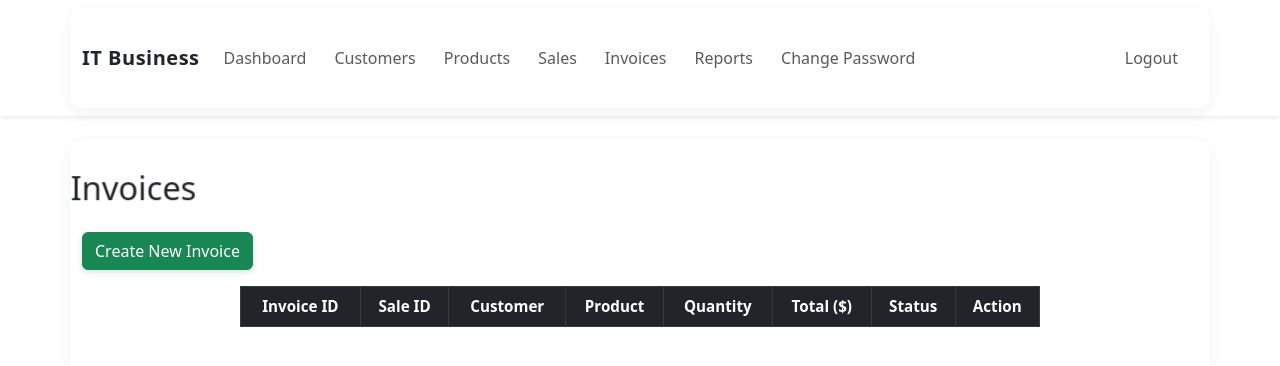
Repository: asmsaifulislam/it_business
Page: http://localhost/invoice
An editor plug-in stored every save of this project. The page is shown before and after the next save, followed by the edit.
The browser window is 1280 px wide. The pictures show the whole page.
The page is served by the project's application, run on Flask 3 (app.py). The session is filled in as if someone had signed in: {"user_id": 1}. Other server files are loaded and not shown. Queries for data that is not in the repository find no rows.

Above is the page before, as saved 2025-09-05 11:56:05.

### templates/invoice.html
{% extends 'base.html' %}

{% block content %}
<h2 class="mb-4">Invoices</h2>

<!-- Create Invoice Button -->
<a href="{{ url_for('create_invoice') }}" class="btn btn-success mb-3">Create New Invoice</a>

<table class="table table-bordered table-hover">
    <thead class="table-dark">
        <tr>
            <th>Invoice ID</th>
            <th>Sale ID</th>
            <th>Customer</th>
            <th>Product</th>
            <th>Quantity</th>
            <th>Total ($)</th>
            <th>Status</th>
            <th>Action</th>
        </tr>
    </thead>
    <tbody>
        {% for invoice in invoices %}
        <tr>
            <td>{{ invoice.id }}</td>
            <td>{{ invoice.sale.id }}</td>
            <td>{{ invoice.sale.customer.name }}</td>
            <td>{{ invoice.sale.product.name }}</td>
            <td>{{ invoice.sale.quantity }}</td>
            <td>${{ "%.2f"|format(invoice.sale.total) }}</td>
            <td>
                {% if invoice.status == 'Paid' %}
                    <span class="badge bg-success">Paid</span>
                {% else %}
                    <span class="badge bg-warning text-dark">Unpaid</span>
                {% endif %}
            </td>
            <td>
                {% if invoice.status != 'Paid' %}
                <form action="{{ url_for('generate_invoice', sale_id=invoice.sale.id) }}" method="post" style="display:inline;">
                    <button type="submit" class="btn btn-primary btn-sm">Generate Invoice</button>
                </form>
                {% else %}
                    <button class="btn btn-secondary btn-sm" disabled>Already Paid</button>
                {% endif %}
            </td>
        </tr>
        {% endfor %}
    </tbody>
</table>

{% endblock %}

### templates/base.html
<!DOCTYPE html>
<html lang="en">
<head>
    <meta charset="UTF-8">
    <title>IT Business Management Tool</title>
    <meta name="viewport" content="width=device-width, initial-scale=1">

    <!-- Custom Styles -->
    <link rel="stylesheet" href="{{ url_for('static', filename='style.css') }}">

    <!-- Bootstrap CSS -->
    <link href="https://cdn.jsdelivr.net/npm/bootstrap@5.3.0/dist/css/bootstrap.min.css" rel="stylesheet">
</head>
<body>
    <!-- Navbar -->
    <nav class="navbar navbar-expand-lg shadow-sm mb-4" style="background-color: #ffffff;">
        <div class="container">
            <a class="navbar-brand text-dark" href="{{ url_for('dashboard') }}">IT Business</a>
            <button class="navbar-toggler" type="button" data-bs-toggle="collapse" data-bs-target="#navbarNav">
                <span class="navbar-toggler-icon"></span>
            </button>
            <div class="collapse navbar-collapse justify-content-between" id="navbarNav">
                <ul class="navbar-nav">
                    <li class="nav-item"><a class="nav-link" href="{{ url_for('dashboard') }}">Dashboard</a></li>
                    <li class="nav-item"><a class="nav-link" href="{{ url_for('customers') }}">Customers</a></li>
                    <li class="nav-item"><a class="nav-link" href="{{ url_for('products') }}">Products</a></li>
                    <li class="nav-item"><a class="nav-link" href="{{ url_for('sales') }}">Sales</a></li>
                    <li class="nav-item"><a class="nav-link" href="{{ url_for('invoice') }}">Invoices</a></li>
                    <li class="nav-item"><a class="nav-link" href="{{ url_for('reports') }}">Reports</a></li>
                    <li class="nav-item"><a class="nav-link" href="{{ url_for('change_password') }}">Change Password</a></li>
                </ul>
                <ul class="navbar-nav">
                    {% if session.get('user_id') %}
                        <li class="nav-item"><a class="nav-link" href="{{ url_for('logout') }}">Logout</a></li>
                    {% else %}
                        <li class="nav-item"><a class="nav-link" href="{{ url_for('login') }}">Login</a></li>
                    {% endif %}
                </ul>
            </div>
        </div>
    </nav>

    <!-- Flash Messages -->
    <div class="container">
        {% with messages = get_flashed_messages() %}
            {% if messages %}
                <div class="alert alert-warning text-center fade-in">
                    {% for message in messages %}
                        <div>{{ message }}</div>
                    {% endfor %}
                </div>
            {% endif %}
        {% endwith %}

        <!-- Page Content -->
        {% block content %}{% endblock %}
    </div>

    <!-- Bootstrap JS -->
    <script src="https://cdn.jsdelivr.net/npm/bootstrap@5.3.0/dist/js/bootstrap.bundle.min.js"></script>
</body>
</html>

### app.py
# -------------------- Core Imports --------------------
import os
from flask import Flask, render_template, redirect, url_for, request, flash, session
from flask_sqlalchemy import SQLAlchemy
from flask_migrate import Migrate
from werkzeug.security import generate_password_hash, check_password_hash
from dotenv import load_dotenv

# -------------------- Load Environment Variables --------------------
load_dotenv()

# -------------------- Config --------------------
class Config:
    SQLALCHEMY_DATABASE_URI = os.getenv('DATABASE_URL', 'sqlite:///site.db')
    SECRET_KEY = os.getenv('SECRET_KEY', 'fallback_secret')
    SQLALCHEMY_TRACK_MODIFICATIONS = False

# -------------------- App Initialization --------------------
app = Flask(__name__)
app.config.from_object(Config)

# -------------------- Database --------------------
db = SQLAlchemy(app)
migrate = Migrate(app, db)

# -------------------- Models --------------------
class User(db.Model):
    id = db.Column(db.Integer, primary_key=True)
    username = db.Column(db.String(120), unique=True, nullable=False)
    password = db.Column(db.String(512), nullable=False)

class Customer(db.Model):
    id = db.Column(db.Integer, primary_key=True)
    name = db.Column(db.String(120), nullable=False)
    email = db.Column(db.String(120), nullable=True)

class Product(db.Model):
    id = db.Column(db.Integer, primary_key=True)
    name = db.Column(db.String(120), nullable=False)
    price = db.Column(db.Float, nullable=False)
    stock = db.Column(db.Integer, default=0)

class Sale(db.Model):
    id = db.Column(db.Integer, primary_key=True)
    customer_id = db.Column(db.Integer, db.ForeignKey('customer.id'), nullable=False)
    product_id = db.Column(db.Integer, db.ForeignKey('product.id'), nullable=False)
    quantity = db.Column(db.Integer, nullable=False)
    total = db.Column(db.Float, nullable=False)

class Invoice(db.Model):
    id = db.Column(db.Integer, primary_key=True)
    sale_id = db.Column(db.Integer, db.ForeignKey('sale.id'), nullable=False)
    status = db.Column(db.String(20), default='Unpaid')

# -------------------- One-Time Admin Creation --------------------
with app.app_context():
    db.create_all()
    if not User.query.filter_by(username='admin').first():
        admin = User(username='admin', password=generate_password_hash('admin123'))
        db.session.add(admin)
        db.session.commit()

# -------------------- Form Imports --------------------
from forms import (
    LoginForm,
    ChangePasswordForm,
    UpdateAccountForm,
    CustomerForm,
    ProductForm,
    SaleForm,
    InvoiceForm
)

# -------------------- One-Time Admin Creation --------------------
with app.app_context():
    db.create_all()
    if not User.query.filter_by(username='admin').first():
        admin = User(username='admin', password=generate_password_hash('admin123'))
        db.session.add(admin)
        db.session.commit()

# -------------------- Auth --------------------
@app.route('/login', methods=['GET', 'POST'])
def login():
    form = LoginForm()
    if form.validate_on_submit():
        user = User.query.filter_by(username=form.username.data).first()
        if user and check_password_hash(user.password, form.password.data):
            session['user_id'] = user.id
            return redirect(url_for('dashboard'))
        else:
            flash('Invalid credentials')
    return render_template('login.html', form=form)

@app.route('/logout')
def logout():
    session.pop('user_id', None)
    return redirect(url_for('login'))

# -------------------- Change Password --------------------
@app.route('/change-password', methods=['GET', 'POST'])
def change_password():
    if 'user_id' not in session:
        return redirect(url_for('login'))

    form = ChangePasswordForm()
    user = User.query.get(session['user_id'])

    if form.validate_on_submit():
        if not check_password_hash(user.password, form.current_password.data):
            flash('Current password is incorrect')
        else:
            user.password = generate_password_hash(form.new_password.data)
            db.session.commit()
            flash('Password updated successfully')
            return redirect(url_for('dashboard'))

    return render_template('change_password.html', form=form)

# -------------------- Update Account --------------------
@app.route('/update-account', methods=['GET', 'POST'])
def update_account():
    if 'user_id' not in session:
        return redirect(url_for('login'))

    form = UpdateAccountForm()
    user = User.query.get(session['user_id'])

    if form.validate_on_submit():
        if not check_password_hash(user.password, form.current_password.data):
            flash('Current password is incorrect')
        else:
            user.username = form.username.data
            user.password = generate_password_hash(form.new_password.data)
            db.session.commit()
            flash('Account updated successfully')
            return redirect(url_for('dashboard'))

    return render_template('update_account.html', form=form)

# -------------------- Add Product --------------------
@app.route('/add-product', methods=['GET', 'POST'])
def add_product():
    if 'user_id' not in session:
        return redirect(url_for('login'))

    form = ProductForm()
    if form.validate_on_submit():
        try:
            new_product = Product(name=form.name.data, price=form.price.data)
            db.session.add(new_product)
            db.session.commit()
            flash('✅ Product added successfully', 'success')
            return redirect(url_for('products'))
        except Exception as e:
            db.session.rollback()
            flash(f'❌ Error adding product: {str(e)}', 'danger')

    return render_template('add_product.html', form=form)

# -------------------- Record Sale --------------------
@app.route('/record-sale', methods=['GET', 'POST'])
def record_sale():
    if 'user_id' not in session:
        return redirect(url_for('login'))

    form = SaleForm()
    form.customer_id.choices = [(c.id, c.name) for c in Customer.query.all()]
    form.product_id.choices = [(p.id, p.name) for p in Product.query.all()]

    if form.validate_on_submit():
        product = Product.query.get(form.product_id.data)
        total = product.price * form.quantity.data
        new_sale = Sale(
            customer_id=form.customer_id.data,
            product_id=form.product_id.data,
            quantity=form.quantity.data,
            total=total
        )
        db.session.add(new_sale)
        db.session.commit()
        flash('Sale recorded successfully')
        return redirect(url_for('sales'))

    return render_template('record_sale.html', form=form)
#------------------sales report-----------------------
@app.route('/sales-report')
def sales_report():
    # Fetch and render sales data
    return render_template('sales_report.html')


# -------------------- Create Invoice (Manual Form) --------------------
@app.route('/create-invoice', methods=['GET', 'POST'])
def create_invoice():
    if 'user_id' not in session:
        return redirect(url_for('login'))

    form = InvoiceForm()
    form.sale_id.choices = [(sale.id, f"Sale #{sale.id} - {sale.customer.name}") for sale in Sale.query.all()]

    if form.validate_on_submit():
        sale = Sale.query.get_or_404(form.sale_id.data)
        existing_invoice = Invoice.query.filter_by(sale_id=sale.id).first()
        if existing_invoice:
            flash('Invoice already exists for this sale.', 'warning')
        else:
            new_invoice = Invoice(sale_id=sale.id, status=form.status.data)
            db.session.add(new_invoice)
            db.session.commit()
            flash('Invoice created successfully.', 'success')
        return redirect(url_for('invoice'))

    return render_template('create_invoice.html', form=form)

# -------------------- Generate Invoice (Auto from Sale) --------------------
@app.route('/generate-invoice/<int:sale_id>', methods=['POST'])
def generate_invoice(sale_id):
    if 'user_id' not in session:
        return redirect(url_for('login'))

    sale = Sale.query.get_or_404(sale_id)
    existing_invoice = Invoice.query.filter_by(sale_id=sale.id).first()
    if existing_invoice:
        flash('Invoice already exists for this sale.', 'warning')
    else:
        new_invoice = Invoice(sale_id=sale.id, status='Unpaid')
        db.session.add(new_invoice)
        db.session.commit()
        flash('Invoice generated successfully.', 'success')

    return redirect(url_for('invoice'))

# -------------------- Mark Invoice as Paid --------------------
@app.route('/mark-paid/<int:invoice_id>', methods=['POST'])
def mark_paid(invoice_id):
    if 'user_id' not in session:
        return redirect(url_for('login'))

    invoice = Invoice.query.get_or_404(invoice_id)
    invoice.status = 'Paid'
    db.session.commit()
    flash('Invoice marked as paid.', 'success')
    return redirect(url_for('invoice'))

# -------------------- Dashboard --------------------
@app.route('/')
def dashboard():
    if 'user_id' not in session:
        return redirect(url_for('login'))
    stats = {
        'customers': Customer.query.count(),
        'products': Product.query.count(),
        'sales': Sale.query.count(),
        'invoices': Invoice.query.count()
    }
    return render_template('dashboard.html', stats=stats)

# -------------------- Customers --------------------
@app.route('/customers')
def customers():
    if 'user_id' not in session:
        return redirect(url_for('login'))
    all_customers = Customer.query.all()
    return render_template('customers.html', customers=all_customers)

@app.route('/add-customer', methods=['GET', 'POST'])
def add_customer():
    if 'user_id' not in session:
        return redirect(url_for('login'))

    form = CustomerForm()
    if form.validate_on_submit():
        new_customer = Customer(name=form.name.data, email=form.email.data)
        db.session.add(new_customer)
        db.session.commit()
        flash('Customer added successfully')
        return redirect(url_for('customers'))

    return render_template('add_customer.html', form=form)

# -------------------- Products --------------------
@app.route('/products')
def products():
    if 'user_id' not in session:
        return redirect(url_for('login'))
    all_products = Product.query.all()
    return render_template('products.html', products=all_products)

# -------------------- Sales --------------------
@app.route('/sales')
def sales():
    if 'user_id' not in session:
        return redirect(url_for('login'))
    all_sales = Sale.query.all()
    return render_template('sales.html', sales=all_sales)

# -------------------- Invoices --------------------
@app.route('/invoice')
def invoice():
    if 'user_id' not in session:
        return redirect(url_for('login'))
    all_invoices = Invoice.query.all()
    return render_template('invoice.html', invoices=all_invoices)

# -------------------- Reports --------------------
@app.route('/reports')
def reports():
    if 'user_id' not in session:
        return redirect(url_for('login'))
    return render_template('reports.html')
# -------------------- Sales Report --------------------
@app.route('/sales-report')
def sales_report_view():
    if 'user_id' not in session:
        return redirect(url_for('login'))
    total_sales = Sale.query.count()
    total_revenue = db.session.query(db.func.sum(Sale.total)).scalar() or 0
    top_product = db.session.query(Product.name, db.func.sum(Sale.quantity))\
        .join(Sale, Product.id == Sale.product_id)\
        .group_by(Product.name)\
        .order_by(db.func.sum(Sale.quantity).desc())\
        .first()
    return render_template('sales_report.html',
                           total_sales=total_sales,
                           total_revenue=total_revenue,
                           top_product=top_product[0] if top_product else "N/A")

# -------------------- Customer Report --------------------
@app.route('/customer-report')
def customer_report():
    if 'user_id' not in session:
        return redirect(url_for('login'))

    total_customers = Customer.query.count()
    recent_customers = Customer.query.order_by(Customer.id.desc()).limit(5).all()

    return render_template('customer_report.html',
                           total_customers=total_customers,
                           recent_customers=recent_customers)

# -------------------- Product Report --------------------
@app.route('/product-report')
def product_report():
    if 'user_id' not in session:
        return redirect(url_for('login'))

    total_products = Product.query.count()
    low_stock = Product.query.filter(Product.stock < 10).all()

    return render_template('product_report.html',
                           total_products=total_products,
                           low_stock=low_stock)

# -------------------- Invoice Report --------------------
@app.route('/invoice-report')
def invoice_report():
    if 'user_id' not in session:
        return redirect(url_for('login'))

    total_invoices = Invoice.query.count()
    paid = Invoice.query.filter_by(status='Paid').count()
    unpaid = Invoice.query.filter_by(status='Unpaid').count()
    overdue = Invoice.query.filter_by(status='Overdue').count()

    return render_template('invoice_report.html',
                           total_invoices=total_invoices,
                           paid=paid,
                           unpaid=unpaid,
                           overdue=overdue)


# -------------------- Run --------------------
if __name__ == '__main__':
    app.run(debug=True)

### static/style.css
/* Base Reset */
body {
    margin: 0;
    padding: 0;
    font-family: 'Segoe UI', Tahoma, Geneva, Verdana, sans-serif;
    background-color: #f4f6f9;
    color: #212529;
    text-align: center;
}

/* Navbar */
nav.navbar {
    background-color: #ffffff;
    box-shadow: 0 2px 4px rgba(0, 0, 0, 0.1);
    transition: box-shadow 0.3s ease;
}

nav.navbar:hover {
    box-shadow: 0 4px 12px rgba(0, 0, 0, 0.15);
}

.navbar-brand {
    font-weight: bold;
    font-size: 1.5rem;
    letter-spacing: 0.5px;
    color: #2c3e50;
}

.nav-link {
    font-size: 1rem;
    margin-right: 12px;
    position: relative;
    color: #2c3e50;
    transition: color 0.3s ease;
}

.nav-link::after {
    content: '';
    position: absolute;
    left: 0;
    bottom: -4px;
    width: 0%;
    height: 2px;
    background-color: #198754;
    transition: width 0.3s ease;
}

.nav-link:hover {
    color: #198754;
}

.nav-link:hover::after {
    width: 100%;
}

/* Container */
.container {
    padding: 30px 20px;
    max-width: 960px;
    margin: 0 auto;
    background-color: #ffffff;
    border-radius: 12px;
    box-shadow: 0 4px 20px rgba(0, 0, 0, 0.05);
    transform-style: preserve-3d;
    perspective: 1000px;
    animation: fadeInUp 0.6s ease forwards;
}

/* Headings */
h2 {
    font-weight: 600;
    color: #2c3e50;
    margin-bottom: 30px;
    transform: translateZ(20px);
}

/* Tables */
table {
    font-size: 0.95rem;
    margin: 0 auto;
    width: 100%;
    max-width: 800px;
    border-collapse: collapse;
    transition: transform 0.3s ease;
}

.table th {
    background-color: #2c3e50;
    color: white;
    text-align: center;
    padding: 12px;
}

.table td {
    vertical-align: middle;
    text-align: center;
    padding: 10px;
    background-color: #ffffff;
}

.table tbody tr {
    transition: background-color 0.3s ease, transform 0.3s ease;
}

.table tbody tr:hover {
    background-color: #f0f8ff;
    transform: scale(1.01) translateZ(10px);
}

/* Buttons */
.btn {
    font-weight: 500;
    padding: 10px 18px;
    border-radius: 6px;
    font-size: 0.95rem;
    background-color: #198754;
    color: white;
    transition: all 0.3s ease;
    box-shadow: 0 2px 6px rgba(25, 135, 84, 0.2);
}

.btn:hover {
    transform: translateY(-2px) scale(1.05);
    box-shadow: 0 6px 16px rgba(25, 135, 84, 0.3);
    background-color: #157347;
}

/* Cards */
.card {
    box-shadow: 0 2px 8px rgba(0, 0, 0, 0.08);
    border: none;
    text-align: center;
    border-radius: 8px;
    transition: transform 0.3s ease, box-shadow 0.3s ease;
}

.card:hover {
    transform: rotateX(3deg) rotateY(3deg);
    box-shadow: 0 6px 16px rgba(0, 0, 0, 0.1);
}

.card-header {
    font-weight: 600;
    font-size: 1.1rem;
}

/* Alerts */
.alert {
    font-size: 0.9rem;
    max-width: 600px;
    margin: 0 auto 20px;
    animation: fadeInUp 0.5s ease forwards;
}

/* Forms */
form {
    max-width: 500px;
    margin: 0 auto;
    text-align: left;
    background-color: #ffffff;
    padding: 30px;
    border-radius: 8px;
    box-shadow: 0 0 10px rgba(0, 0, 0, 0.05);
    animation: fadeInUp 0.6s ease forwards;
}

.form-label {
    font-weight: 500;
    margin-bottom: 6px;
}

.form-control {
    border-radius: 4px;
    font-size: 0.95rem;
    padding: 10px;
    margin-bottom: 15px;
    transition: box-shadow 0.3s ease;
}

.form-control:focus {
    box-shadow: 0 0 8px rgba(25, 135, 84, 0.3);
    border-color: #198754;
}

/* Badges */
.badge {
    font-size: 0.85rem;
    padding: 6px 10px;
    border-radius: 4px;
}

/* Animations */
@keyframes fadeInUp {
    from {
        opacity: 0;
        transform: translateY(20px);
    }
    to {
        opacity: 1;
        transform: translateY(0);
    }
}

/* Responsive Enhancements */
@media (max-width: 768px) {
    .container {
        padding: 20px 10px;
    }

    form {
        padding: 20px;
    }

    .btn {
        width: 100%;
    }

    h2 {
        font-size: 1.4rem;
    }
}

After the next save:
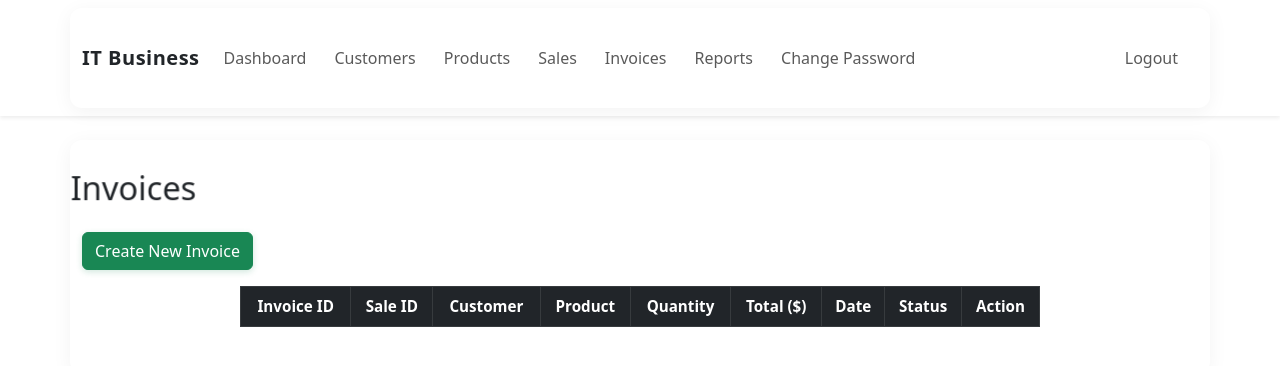
Saved 118 s later.
--- a/templates/invoice.html
+++ b/templates/invoice.html
@@ -15,6 +15,7 @@
             <th>Product</th>
             <th>Quantity</th>
             <th>Total ($)</th>
+            <th>Date</th> <!-- ✅ New Column -->
             <th>Status</th>
             <th>Action</th>
         </tr>
@@ -28,6 +29,7 @@
             <td>{{ invoice.sale.product.name }}</td>
             <td>{{ invoice.sale.quantity }}</td>
             <td>${{ "%.2f"|format(invoice.sale.total) }}</td>
+            <td>{{ invoice.sale.updated_at.strftime('%Y-%m-%d %H:%M') }}</td> <!-- ✅ Auto Date from Sale -->
             <td>
                 {% if invoice.status == 'Paid' %}
                     <span class="badge bg-success">Paid</span>
@@ -48,5 +50,4 @@
         {% endfor %}
     </tbody>
 </table>
-
 {% endblock %}
